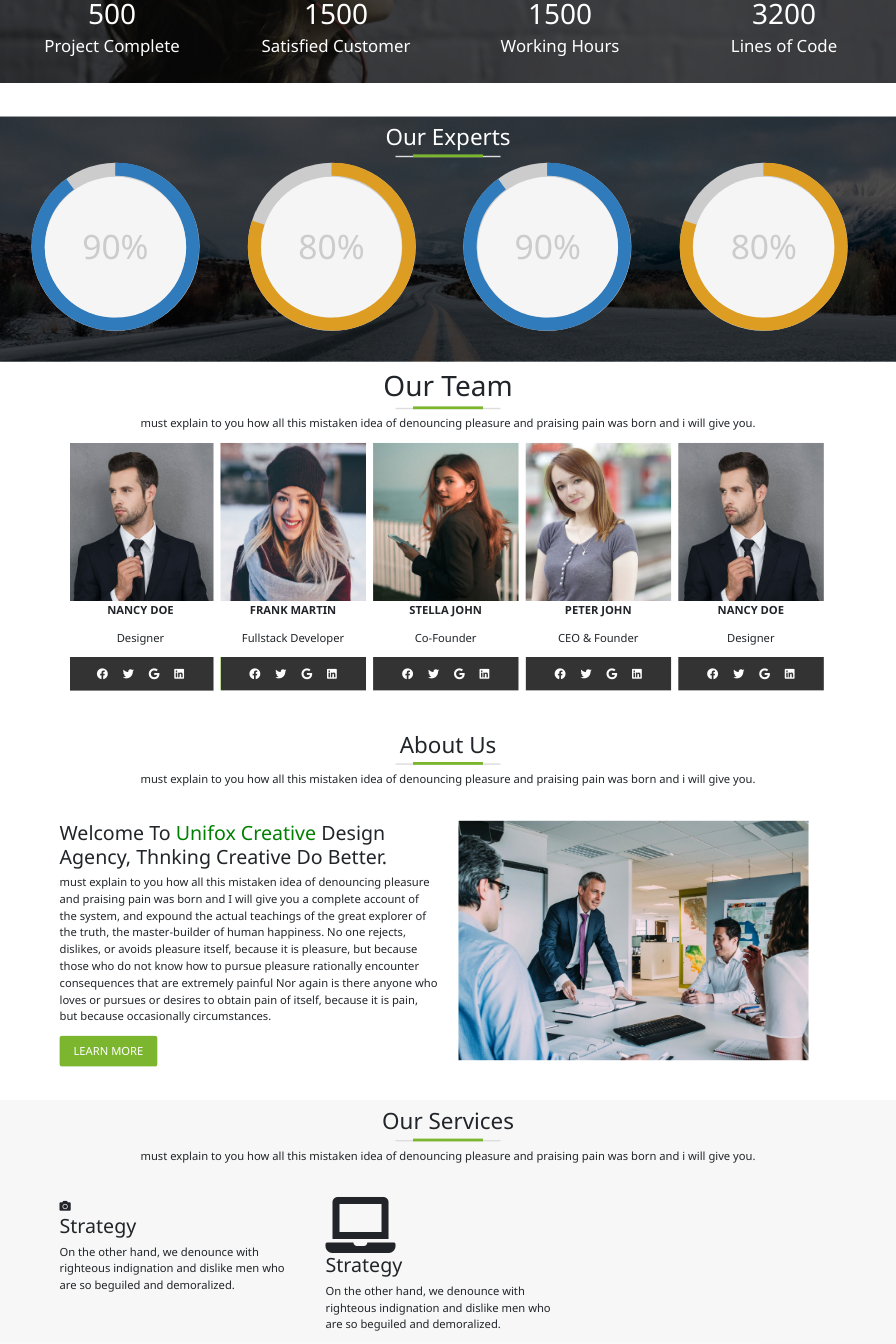
Repository: ibrkhalil/Uniforce-First-Attempt
Page: index.html
An editor plug-in stored every save of this project. The page is shown before and after the next save, followed by the edit.
The browser window is 1280 px wide. The pictures show the part of the page from y = 901 to 2821 px (the page is 2821 px tall), at 70% of full size.
Backgrounds fixed to the window are drawn as part of the page.

Above is the page before, as saved 2021-01-24 02:42:54.

### index.html
<!DOCTYPE html>
<html lang="en">
  <head>
    <meta charset="UTF-8" />
    <link rel="stylesheet" href="./bootstrap.min.css" />
    <link rel="stylesheet" href="owl.carousel.css" />
    <link rel="preconnect" href="https://fonts.gstatic.com" />
    <link rel="stylesheet" href="./jquery-ui.css" />
    <link
      rel="stylesheet"
      href="https://use.fontawesome.com/releases/v5.15.2/css/all.css"
      integrity="sha384-vSIIfh2YWi9wW0r9iZe7RJPrKwp6bG+s9QZMoITbCckVJqGCCRhc+ccxNcdpHuYu"
      crossorigin="anonymous"
    />
    <link rel="stylesheet" href="./circle.css" />
    <link
      href="https://fonts.googleapis.com/css2?family=Open+Sans&display=swap"
      rel="stylesheet"
    />
    <link rel="stylesheet" href="style.css" />
    <meta name="viewport" content="width=device-width, initial-scale=1.0" />
    <title>Unifox</title>
  </head>

  <body>
    <div class="main-nav">
      <nav
        class="navbar navbar-expand-lg justify-content-around sticky-top navbar-fixed-top"
      >
        <!-- <div class="container"> -->
        <a class="navbar-brand" href="#"><h3 class="unifox">UNIFOX</h3></a>
        <button
          class="navbar-toggler"
          type="button"
          data-toggle="collapse"
          data-target="#navbarSupportedContent"
          aria-controls="navbarSupportedContent"
          aria-expanded="false"
          aria-label="Toggle navigation"
        >
          <span class="fa fa-bars fa-3x"></span>
        </button>
        <div class="">
          <div class="nav-items">
            <div class="collapse navbar-collapse" id="navbarSupportedContent">
              <ul class="navbar-nav mr-auto">
                <li class="item">
                  <a class="nav-link active" href="#">HOME</a>
                </li>
                <li class="nav-item"><a class="nav-link" href="#">ABOUT</a></li>
                <li class="nav-item">
                  <a class="nav-link" href="#">SERVICES</a>
                </li>
                <li class="nav-item">
                  <a class="nav-link" href="#">POROFOLIO</a>
                </li>
                <li class="nav-link"><a href="#">PRICES</a></li>
                <li class="nav-link"><a href="#">TEAM</a></li>
                <li class="nav-link"><a href="#">TESTIMONIALS</a></li>
                <li class="nav-link"><a href="#">BLOG</a></li>
                <li class="nav-link"><a href="#">CONTACT</a></li>
              </ul>
            </div>
          </div>
        </div>

        <!-- </div> -->
      </nav>

      <!-- nav end -->

      <div class="jumbotron">
        <h1 class="display-4 jumbo-main-text">
          <strong>Unifox Creative & Unique.</strong>
        </h1>
        <p class="lead jumbo-subtext">
          Unifox Denounce With Righteous Indignation And Dislike Men Who Are So
          Beguiled And Demoralized By The Charms Of Pleasure Of The Moment.
        </p>

        <div class="jumbo-btns">
          <p class="lead">
            <a class="btn jumbo-btn btn-primary btn-lg" href="#" role="button"
              >Download Now</a
            >
          </p>
          <p class="lead">
            <a class="btn jumbo-btn btn-primary btn-lg" href="#" role="button"
              >Discover More</a
            >
          </p>
        </div>
      </div>
      <!-- jumbotron end -->
      <!-- heading end -->
    </div>
    <div class="counting-number parallax">
      <div class="container-fluid">
        <div class="row">
          <div class="col-md-3">
            <i class="fa counting-icon fa-cloud fa-5x"></i>
            <h1 class="counter" data-count="500">0</h1>
            <h4>Project Complete</h4>
          </div>
          <div class="col-md-3">
            <i class="fa counting-icon fa-user fa-5x"></i>
            <h1 class="counter" data-count="1500">0</h1>
            <h4>Satisfied Customer</h4>
          </div>
          <div class="col-md-3">
            <i class="fa counting-icon fa-folder-open fa-5x"></i>
            <h1 class="counter" data-count="1500">0</h1>
            <h4>Working Hours</h4>
          </div>
          <div class="col-md-3">
            <i class="fa counting-icon fa-plug fa-5x"></i>
            <h1 class="counter" data-count="3200">0</h1>
            <h4>Lines of Code</h4>
          </div>
        </div>
      </div>
    </div>

    <br />
    <br />

    <!-- Counting number div -->
    <div class="our-experts-main">
      <h2 class="our-experts-word line">Our Experts</h2>

      <div class="our-experts">
        <div class="clearfix circular-icons">
          <div class="c100 p90 big blue">
            <span>90%</span>
            <div class="slice">
              <div class="bar"></div>
              <div class="fill"></div>
            </div>
          </div>
          <div class="c100 p80 big orange">
            <span>80%</span>
            <div class="slice">
              <div class="bar"></div>
              <div class="fill"></div>
            </div>
          </div>
          <div class="c100 p90 big blue">
            <span>90%</span>
            <div class="slice">
              <div class="bar"></div>
              <div class="fill"></div>
            </div>
          </div>

          <div class="c100 p80 big orange">
            <span>80%</span>
            <div class="slice">
              <div class="bar"></div>
              <div class="fill"></div>
            </div>
          </div>
        </div>
        <!-- /green -->

        <!-- orange -->
        <div class="clearfix"></div>
      </div>
    </div>

    <!-- experts end -->

    <div class="our-team">
      <div class="container">
        <div class="our-team-text">
          <h1 class="line">Our Team</h1>

          <p>
            must explain to you how all this mistaken idea of denouncing
            pleasure and praising pain was born and i will give you.
          </p>
        </div>
        <div class="top-content">
          <div class="container-fluid">
            <div class="owl-carousel owl-theme">
              <div class="item">
                <img
                  src="./images/1 (1).jpg"
                  class="img-fluid mx-auto d-block"
                  alt="img1"
                />
                <strong class="team-member-name">
                  <p>STELLA JOHN</p>
                </strong>
                <p>Co-Founder</p>
                <div class="social-media-icons" data-content="Link Hover">
                  <div
                    class="container d-flex justify-content-around align-items-center"
                  >
                    <i class="fab fa-facebook"></i>
                    <i class="fab fa-twitter"></i>
                    <i class="fab fa-google"></i>
                    <i class="fab fa-linkedin"></i>
                  </div>
                </div>
              </div>

              <div class="item">
                <img
                  src="./images/2 (1).jpg"
                  class="img-fluid mx-auto d-block"
                  alt="img2"
                />
                <strong class="team-member-name">
                  <p>PETER JOHN</p>
                </strong>
                <p>CEO & Founder</p>
                <div class="social-media-icons">
                  <div
                    class="container d-flex justify-content-around align-items-center"
                  >
                    <i class="fab fa-facebook"></i>
                    <i class="fab fa-twitter"></i>
                    <i class="fab fa-google"></i>
                    <i class="fab fa-linkedin"></i>
                  </div>
                </div>
              </div>

              <div class="item">
                <img
                  src="./images/3 (1).jpg"
                  class="img-fluid mx-auto d-block"
                  alt="img3"
                />
                <strong class="team-member-name">
                  <p>NANCY DOE</p>
                </strong>
                <p>Designer</p>
                <div class="social-media-icons">
                  <div
                    class="container d-flex justify-content-around align-items-center"
                  >
                    <i class="fab fa-facebook"></i>
                    <i class="fab fa-twitter"></i>
                    <i class="fab fa-google"></i>
                    <i class="fab fa-linkedin"></i>
                  </div>
                </div>
              </div>

              <div class="item">
                <img
                  src="./images/4.jpg"
                  class="img-fluid mx-auto d-block"
                  alt="img4"
                />
                <strong class="team-member-name">
                  <p>FRANK MARTIN</p>
                </strong>
                <p>Fullstack Developer</p>
                <div class="social-media-icons">
                  <div
                    class="container d-flex justify-content-around align-items-center"
                  >
                    <i class="fab fa-facebook"></i>
                    <i class="fab fa-twitter"></i>
                    <i class="fab fa-google"></i>
                    <i class="fab fa-linkedin"></i>
                  </div>
                </div>
              </div>
            </div>
          </div>
        </div>
      </div>
    </div>
        <section class="about-section my-5 green-bottom-border">
            <div class="container">
                <h2 class="line">About Us</h2>
                <p class="mb-5 aligny-center">must explain to you how all this mistaken idea of denouncing pleasure and praising pain was born and i will give you.</p>
                <div class="row">
                    <div class="col-md-6"><h3>Welcome To <span class="green-color">Unifox Creative</span> Design Agency, Thnking Creative Do Better.</h3><p>must explain to you how all this mistaken idea of denouncing pleasure and praising pain was born and I will give you a complete account of the system, and expound the actual teachings of the great explorer of the truth, the master-builder of human happiness. No one rejects, dislikes, or avoids pleasure itself, because it is pleasure, but because those who do not know how to pursue pleasure rationally encounter consequences that are extremely painful Nor again is there anyone who loves or pursues or desires to obtain pain of itself, because it is pain, but because occasionally circumstances.</p>
                    <a href="#" class="btn social-media-icons-invert">LEARN MORE</a>
                    </div>
                    <div class="col-md-6">
                        <img src="./about-bg.jpg" src="about" width="500px">
                    </div>
                </div>
            </div>
            </section>

            <section class="our-services">
                    <div class="container">

                        <h2 class="our-services-word line">
                            Our Services
                        </h2>
                        <p class="aligny-center mb-5">must explain to you how all this mistaken idea of denouncing pleasure and praising pain was born and i will give you.</p>
                        <div class="row">
                            <div class="col-md-4">
                                <i class="fa fa-camera 5x"></i>
                                <h3>Strategy</h3>
                                <p>On the other hand, we denounce with righteous indignation and dislike men who are so beguiled and demoralized.</p>
                            </div>
                            <div class="col-md-4">
                                <i class="fa fa-laptop fa-5x"></i>
                                <h3>Strategy</h3>
                                <p>On the other hand, we denounce with righteous indignation and dislike men who are so beguiled and demoralized.</p>
                            </div>
                            <div class="col-md-4"></div>
                        </div>

                    </div>
            </section>



    <script src="./jquery.js"></script>
    <script src="./jquery-ui.js"></script>
    <script src="./owl.carousel.js"></script>
    <script src="./owl.autoplay.js"></script>
    <script src="./bootstrap.js"></script>
    <script src="./script.js"></script>
  </body>
</html>

### style.css
*{
    margin: 0;
    padding: 0;
}
body{
    font-family: 'Segoe UI', Tahoma, Geneva, Verdana, sans-serif;
}
.nav-items{
    display: flex;
    width: 100%;
    justify-content: space-between;
}

.main-nav h3{
    font-family: 'Open Sans', sans-serif;
    font-weight: bold;
    font-size: x-large;
}
.main-nav{
    transition: all 200ms;
    font-size: small;
    background: linear-gradient(to right, #96c93d, #00b09b);
    height: 100vh;
}
.main-nav a{
    text-decoration: none;
    color: white;
    border: none;
}
 .main-nav li, .main-nav h3 {
    margin-top: 1rem;
}
.circular-icons{
    display: flex;
    justify-content: space-between;
}
.jumbotron{
    text-align: center;
    margin-top: 5rem;
    color: white;
    background-color: transparent;
}
.jumbo-btn{
    background-color: #7CB62F;
}

.navbar-fixed-top a:hover{
    color: #3e3e3e;
}
.navbar-fixed-top.scrolled {
    width: 100vw;
    background-color: #fff !important;
    /* padding: 0.5rem 0; */
    /* transition: all 200ms ease; */

  }
/* .navbar-fixed-top.scrolled  a{
    color: black;

  } */
  .navbar-fixed-top.scrolled  a:hover{
    color: gray;

  }
.jumbo-btns{
    display: flex;
    justify-content: center;
}
.jumbo-subtext{

    margin: 2rem auto;
    width: 50%;
}
.jumbo-main-text{
font-weight: 400;
}
.jumbo-btns p{
   margin-right: 0.5rem;
}
.lead-btns a{
    display: flex;
    border: none;
}
.parallax {
    background-image: url("./fun_facts_bg.jpg");
    height: 300px;
    background-blend-mode: overlay;
    background-attachment: fixed;
    background-position: center;
    background-repeat: no-repeat;
    background-size: cover;
    background-color: rgba(0, 0, 0,0.7);
    color: white;
    text-align: center;
    display: flex;
    align-items: center;
  }
  .parallax img {
      height: 300px;
      object-fit: cover;
  }
  .counting-icon{
      padding: 2rem;
      background-color: #96c93d ;
      border-radius: 50%;
  }
.jumbo-btn:hover{
    transition: 1s;
    background-color: black;
}
.line{
    position: relative;
    text-align: center;
    padding: 10px 0;
}
.line::after , .line::before{
    content: "";
    width: 100px;
    height: 4px;
    position: absolute;
    background-color: #7CB62F;
    left: 50%;
    transform: translate(-50%,0);
    bottom: 0;
}
.line::before{
    height: 2px;
    background-color: #ddd;
    width: 150px;
}


.clearfix:before,.clearfix:after {content: " "; display: table;}
.clearfix:after {clear: both;}
.clearfix {*zoom: 1;}


.our-experts-main{
    background-image: url("./skill-bg.jpg");
    height: 350px;
    background-blend-mode: overlay;
    background-attachment: fixed;
    background-position: center;
    background-repeat: no-repeat;
    background-size: cover;
    background-color: rgba(0, 0, 0,0.7);
    color: white;
}
.our-experts-main:first-child{
    display: flex;
    justify-content: center;
}
.our-experts h2{
    display: block !important;
}
.our-team{
    text-align: center;
}
@media (min-width: 768px) and (max-width: 991px) {
    /* Show 4th slide on md if col-md-4*/
    .carousel-inner .active.col-md-4.carousel-item + .carousel-item + .carousel-item + .carousel-item {
        position: absolute;
        top: 0;
        right: -33.3333%;  /*change this with javascript in the future*/
        z-index: -1;
        display: block;
        visibility: visible;
    }
}
@media (min-width: 576px) and (max-width: 768px) {
    /* Show 3rd slide on sm if col-sm-6*/
    .carousel-inner .active.col-sm-6.carousel-item + .carousel-item + .carousel-item {
        position: absolute;
        top: 0;
        right: -50%;  /*change this with javascript in the future*/
        z-index: -1;
        display: block;
        visibility: visible;
    }
}
@media (min-width: 576px) {
    .carousel-item {
        margin-right: 0;
    }
    /* show 2 items */
    .carousel-inner .active + .carousel-item {
        display: block;
    }
    .carousel-inner .carousel-item.active:not(.carousel-item-right):not(.carousel-item-left),
    .carousel-inner .carousel-item.active:not(.carousel-item-right):not(.carousel-item-left) + .carousel-item {
        transition: none;
    }
    .carousel-inner .carousel-item-next {
        position: relative;
        transform: translate3d(0, 0, 0);
    }
    /* left or forward direction */
    .active.carousel-item-left + .carousel-item-next.carousel-item-left,
    .carousel-item-next.carousel-item-left + .carousel-item,
    .carousel-item-next.carousel-item-left + .carousel-item + .carousel-item {
        position: relative;
        transform: translate3d(-100%, 0, 0);
        visibility: visible;
    }
    /* farthest right hidden item must be also positioned for animations */
    .carousel-inner .carousel-item-prev.carousel-item-right {
        position: absolute;
        top: 0;
        left: 0;
        z-index: -1;
        display: block;
        visibility: visible;
    }
    /* right or prev direction */
    .active.carousel-item-right + .carousel-item-prev.carousel-item-right,
    .carousel-item-prev.carousel-item-right + .carousel-item,
    .carousel-item-prev.carousel-item-right + .carousel-item + .carousel-item {
        position: relative;
        transform: translate3d(100%, 0, 0);
        visibility: visible;
        display: block;
        visibility: visible;
    }
}
/* MD */
@media (min-width: 768px) {
    /* show 3rd of 3 item slide */
    .carousel-inner .active + .carousel-item + .carousel-item {
        display: block;
    }
    .carousel-inner .carousel-item.active:not(.carousel-item-right):not(.carousel-item-left) + .carousel-item + .carousel-item {
        transition: none;
    }
    .carousel-inner .carousel-item-next {
        position: relative;
        transform: translate3d(0, 0, 0);
    }
    /* left or forward direction */
    .carousel-item-next.carousel-item-left + .carousel-item + .carousel-item + .carousel-item {
        position: relative;
        transform: translate3d(-100%, 0, 0);
        visibility: visible;
    }
    /* right or prev direction */
    .carousel-item-prev.carousel-item-right + .carousel-item + .carousel-item + .carousel-item {
        position: relative;
        transform: translate3d(100%, 0, 0);
        visibility: visible;
        display: block;
        visibility: visible;
    }
}
/* LG */
@media (min-width: 991px) {
    /* show 4th item */
    .carousel-inner .active + .carousel-item + .carousel-item + .carousel-item {
        display: block;
    }
    .carousel-inner .carousel-item.active:not(.carousel-item-right):not(.carousel-item-left) + .carousel-item + .carousel-item + .carousel-item {
        transition: none;
    }
    /* Show 5th slide on lg if col-lg-3 */
    .carousel-inner .active.col-lg-3.carousel-item + .carousel-item + .carousel-item + .carousel-item + .carousel-item {
        position: absolute;
        top: 0;
        right: -25%;  /*change this with javascript in the future*/
        z-index: -1;
        display: block;
        visibility: visible;
    }
    /* left or forward direction */
    .carousel-item-next.carousel-item-left + .carousel-item + .carousel-item + .carousel-item + .carousel-item {
        position: relative;
        transform: translate3d(-100%, 0, 0);
        visibility: visible;
    }
    /* right or prev direction //t - previous slide direction last item animation fix */
    .carousel-item-prev.carousel-item-right + .carousel-item + .carousel-item + .carousel-item + .carousel-item {
        position: relative;
        transform: translate3d(100%, 0, 0);
        visibility: visible;
        display: block;
        visibility: visible;
    }
}
.social-media-icons{
    color: white;
    padding: 1rem;
    /* background: red; */
    background: linear-gradient(to left, #333 50%, #7CB62F 50%) right;
    background-size: 200%;
    transition: 1s ease;
}
.social-media-icons:hover{
    background-position:left;
}
.social-media-icons i{
    cursor: pointer;
}
.social-media-icons-invert{
    color: white;
    padding: 1rem;
    background: linear-gradient(to left, #7CB62F 50%, #333 50%) right;
    background-size: 200%;
    transition: 1s ease;
}
.social-media-icons-invert:hover{
    background-position:left;
}

.aligny-center{
    text-align: center;
}
.green-color{
    color: green;
}
.about-section a{
    padding: 10px 20px;
    border: none;
    background-color: #7CB62F;
    color: white;
}
.our-services{
    background-color: #F7F7F7;
}


.social-media-icons .fab:hover{
    transition: 1s;
    color: gold;
}
.carousel-item:nth-child(2){
    margin-bottom: 1rem;
}

@media screen and (max-width: 768px){
    /* .navbar-nav{ */
        .navbody{
        display: none;
        justify-content: center;
        width: 100vw;
        /* float: right; */
    }
}

Loaded but not shown: bootstrap.min.css (library); owl.carousel.css (library); jquery-ui.css (library); jquery.js (library); jquery-ui.js (library); owl.carousel.js (library); owl.autoplay.js (library); bootstrap.js (library); script.js (88 lines, source omitted); circle.css (879 lines, source omitted)

After the next save:
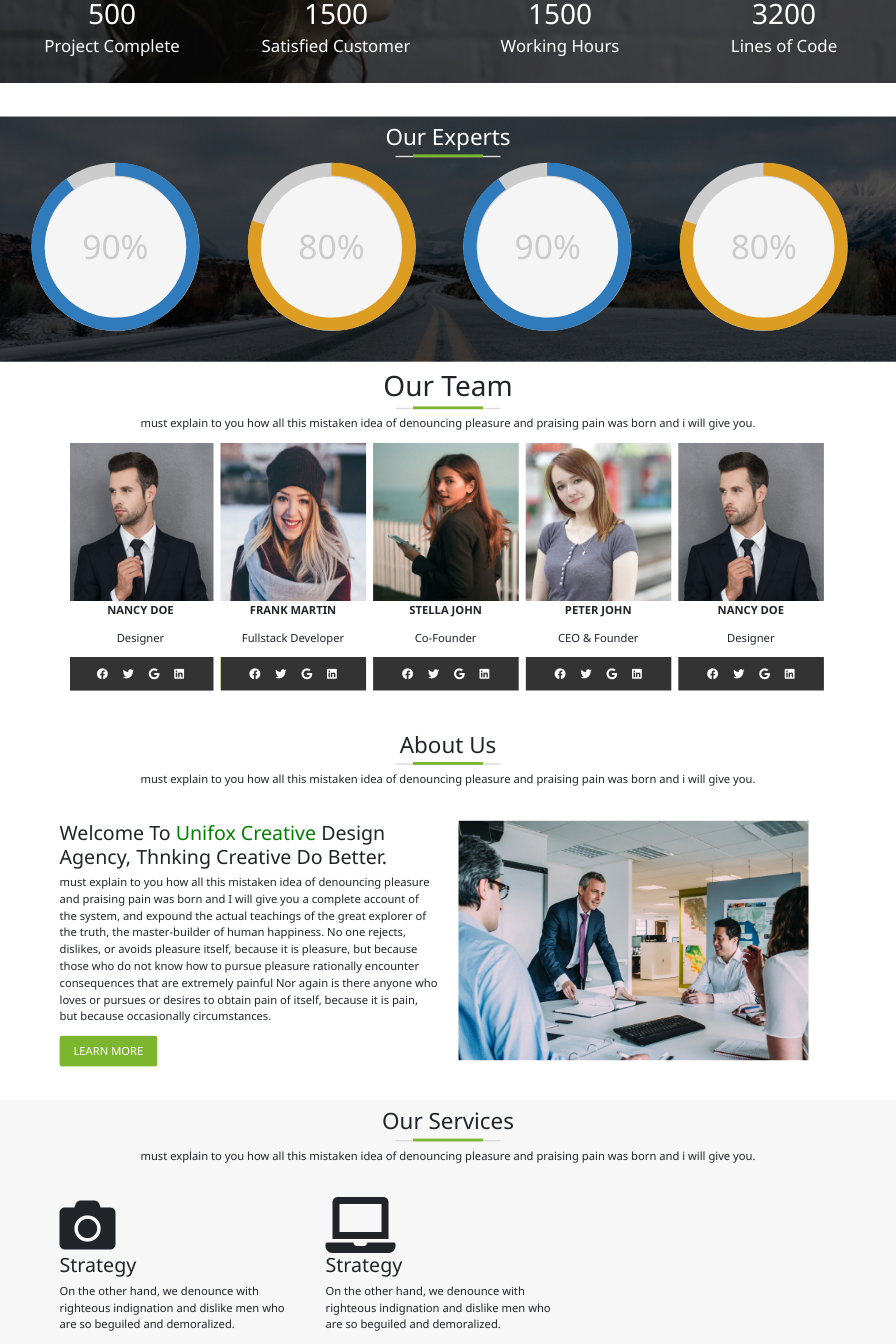
Saved 6 s later.
--- a/index.html
+++ b/index.html
@@ -298,7 +298,7 @@
                         <p class="aligny-center mb-5">must explain to you how all this mistaken idea of denouncing pleasure and praising pain was born and i will give you.</p>
                         <div class="row">
                             <div class="col-md-4">
-                                <i class="fa fa-camera 5x"></i>
+                                <i class="fa fa-camera fa-5x"></i>
                                 <h3>Strategy</h3>
                                 <p>On the other hand, we denounce with righteous indignation and dislike men who are so beguiled and demoralized.</p>
                             </div>
